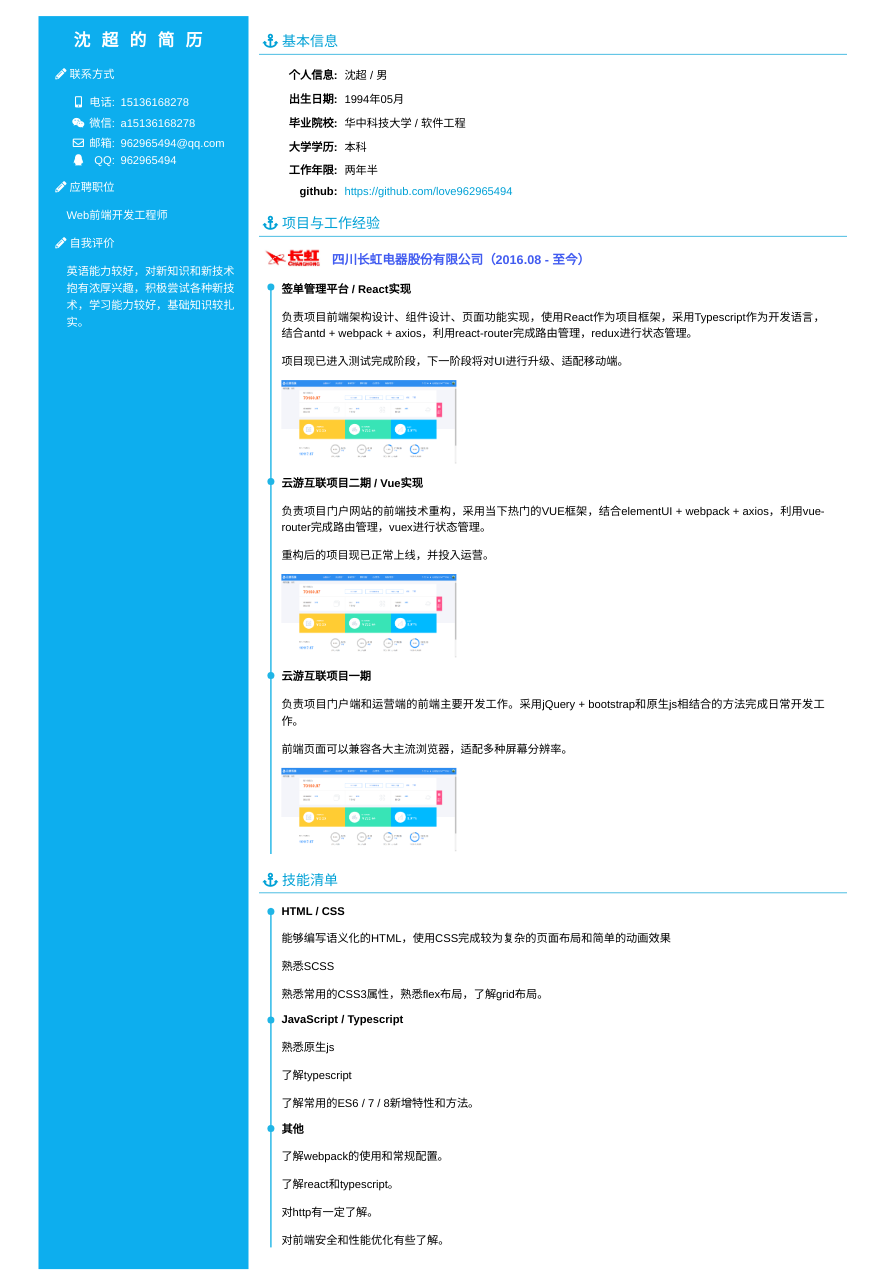
Repository: love962965494/my-resume
Page: index.html
These files come from the project's save history. The page is drawn as it stood at one moment and after the next save; the edit follows.
The browser window is 1280 px wide. The pictures show the whole page, at 70% of full size.
Some web libraries are served in a nearby version. The style sheet was rebuilt from its Sass, Less or Tailwind sources for each picture, by a compiler version that may differ from the author's.

Above is the page before, as saved 2018-09-02 19:08:19.

### index.html
<!DOCTYPE html>
<html lang="en">

<head>
  <meta charset="UTF-8">
  <meta name="viewport" content="width=device-width, initial-scale=1.0">
  <meta http-equiv="X-UA-Compatible" content="ie=edge">
  <title>沈超的简历</title>
  <link rel="stylesheet" href="https://use.fontawesome.com/releases/v5.0.10/css/all.css" integrity="sha384-+d0P83n9kaQMCwj8F4RJB66tzIwOKmrdb46+porD/OvrJ+37WqIM7UoBtwHO6Nlg"
    crossorigin="anonymous">
  <link rel="stylesheet" href="./styles/myResume.css">
</head>

<body>
  <div id="container" class="container">
    <!-- 左边栏 -->
    <aside class="content__left">
      <!-- 头像区域 -->
      <div class="content__left--title">
        <h1>沈超的简历</h1>
      </div>

      <!-- 联系方式区域 -->
      <div class="content__left--contact">
        <div class="title">
          <i class="fas fa-pencil-alt"></i>
          <span>联系方式</span>
        </div>
        <ul class="list">
          <li>
            <span>
              <i class="fas fa-mobile-alt"></i>
            </span>
            <span>电话:</span>
            <span>15136168278</span>
          </li>
          <li>
            <span>
              <i class="fab fa-weixin"></i>
            </span>
            <span>微信:</span>
            <span>a15136168278</span>
          </li>
          <li>
            <span>
              <i class="far fa-envelope"></i>
            </span>
            <span>邮箱:</span>
            <span>962965494@qq.com</span>
          </li>
          <li>
            <span>
              <i class="fab fa-qq"></i>
            </span>
            <span>QQ:</span>
            <span>962965494</span>
          </li>
        </ul>
      </div>

      <!-- 应聘职位区域 -->
      <div class="content__left--application">
        <span class="title">
          <i class="fas fa-pencil-alt"></i>
          <span>应聘职位</span>
        </span>
        <p class="job">Web前端开发工程师</p>
      </div>

      <!-- 个人评价区域 -->
      <div class="content__left--evaluation">
        <span class="title">
          <i class="fas fa-pencil-alt"></i>
          <span>自我评价</span>
        </span>
        <p class="evaluate">英语能力较好，对新知识和新技术抱有浓厚兴趣，积极尝试各种新技术，学习能力较好，基础知识较扎实。</p>
      </div>
    </aside>

    <!-- 右边栏 -->
    <div class="content__right">
      <!-- 基本信息 -->
      <div class="content__right--basic">
        <div class="header">
          <i class="fas fa-anchor"></i>
          <span>基本信息</span>
        </div>
        <ul class="list">
          <li>
            <span>个人信息:</span>
            <span>沈超 / 男</span>
          </li>
          <li>
            <span>出生日期:</span>
            <span>1994年05月</span>
          </li>
          <li>
            <span>毕业院校:</span>
            <span>华中科技大学 / 软件工程</span>
          </li>
          <li>
            <span>大学学历:</span>
            <span>本科</span>
          </li>
          <li>
            <span>工作年限:</span>
            <span>两年半</span>
          </li>
          <li>
            <span>github:</span>
            <span><a href="https://github.com/love962965494" target="_blank">https://github.com/love962965494</a></span>
          </li>
        </ul>
      </div>

      <!-- 项目经验 -->
      <div class="content__right--experience">
        <div class="header">
          <i class="fas fa-anchor"></i>
          <span>项目与工作经验</span>
        </div>
        <ul class="list">
          <li>
            <div class="company">
              <img src="./image/changhong.jpg" alt="长虹Logo">
              <span>四川长虹电器股份有限公司（2016.08 - 至今）</span>
            </div>
            <ul class="work-experience-list">
              <li class="work__item">
                <div class="work__item--name">签单管理平台 / React实现</div>
                <div class="work__item--info">
                  <p>负责项目前端架构设计、组件设计、页面功能实现，使用React作为项目框架，采用Typescript作为开发语言，结合antd + webpack + axios，利用react-router完成路由管理，redux进行状态管理。</p>
                  <p>项目现已进入测试完成阶段，下一阶段将对UI进行升级、适配移动端。</p>
                </div>
                <div class="work__item--picture">
                  <img src="./image/new1.png" alt="签单管理平台实现效果图">
                </div>
              </li>
              <li class="work__item">
                <div class="work__item--name">云游互联项目二期 / Vue实现</div>
                <div class="work__item--info">
                  <p>负责项目门户网站的前端技术重构，采用当下热门的VUE框架，结合elementUI + webpack + axios，利用vue-router完成路由管理，vuex进行状态管理。</p>
                  <p>重构后的项目现已正常上线，并投入运营。</p>
                </div>
                <div class="work__item--picture">
                  <img src="./image/new1.png" alt="签单管理平台实现效果图">
                </div>
              </li>
              <li class="work__item">
                <div class="work__item--name">云游互联项目一期</div>
                <div class="work__item--info">
                  <p>负责项目门户端和运营端的前端主要开发工作。采用jQuery + bootstrap和原生js相结合的方法完成日常开发工作。</p>
                  <p>前端页面可以兼容各大主流浏览器，适配多种屏幕分辨率。</p>
                </div>
                <div class="work__item--picture">
                  <img src="./image/new1.png" alt="签单管理平台实现效果图">
                </div>
              </li>
            </ul>
          </li>
        </ul>
      </div>

      <!-- 技能清单 -->
      <div class="content__right--skill">
        <div class="header">
          <i class="fas fa-anchor"></i>
          <span>技能清单</span>
        </div>
        <ul class="list">
          <li class="list__item">
            <div class="list__item--name">HTML / CSS</div>
            <div class="list__item--info">
              <p>能够编写语义化的HTML，使用CSS完成较为复杂的页面布局和简单的动画效果</p>
              <p>熟悉SCSS</p>
              <p>熟悉常用的CSS3属性，熟悉flex布局，了解grid布局。</p>
            </div>
          </li>
          <li class="list__item">
            <div class="list__item--name">JavaScript / Typescript</div>
            <div class="list__item--info">
              <p>熟悉原生js</p>
              <p>了解typescript</p>
              <p>了解常用的ES6 / 7 / 8新增特性和方法。</p>

            </div>
          </li>
          <li class="list__item">
            <div class="list__item--name">其他</div>
            <div class="list__item--info">
              <p>了解webpack的使用和常规配置。</p>
              <p>了解react和typescript。</p>
              <p>对http有一定了解。</p>
              <p>对前端安全和性能优化有些了解。</p>
            </div>
          </li>
        </ul>
      </div>
    </div>
  </div>
</body>

</html>

### styles/myResume.scss
@mixin text-center {
  text-align: center;
}

@mixin row {
  grid-column: 1 / span 12;
}

@media (min-width: 992px) {
  .container {
    width: 970px;
  }
}

@media (min-width: 1200px) {
  .container {
    width: 1170px;
  }
}

html {
  font-size: 16px;
}

a,
a:hover,
a:visited {
  color: #00A1D6;
  text-decoration: none;
}

ul {
  list-style: none;
}

.container {
  display: grid;
  grid-template-columns: minmax(200px, 300px) 1fr;
  padding: 15px;
  margin: auto;
  font-family: "Helvetica Neue", Helvetica, "PingFang SC", "Hiragino Sans GB", "Microsoft YaHei", "微软雅黑", Arial, sans-serif;
}

/* ----------------------------- 左边栏 ----------------------------- */

.content__left {
  display: grid;
  grid-template-columns: repeat(12, 1fr);
  grid-template-rows: repeat(4, min-content);
  background-color: #0daeee;
  color: #fff;
  &--title {
    @include row;
    @include text-center;
    margin: 15px 0 20px;
    &>h1 {
      margin: 0;
      white-space: nowrap;
      letter-spacing: 1rem;
    }
  }
  @mixin title {
    padding-left: 1.5rem;
  }
  &--contact {
    @include row();
    &>.title {
      @include title;
    }
    &>.list {
      &>li {
        display: grid;
        grid-template-columns: 1.5rem 3rem 1fr;
        align-items: baseline;
        margin: 5px;
        &>span:nth-of-type(1) {
          text-align: center;
        }
        &>span:nth-of-type(2) {
          text-align: right;
          padding-right: .5rem;
        }
      }
    }
  }
  &--application {
    @include row();
    &>.title {
      @include title;
    }
    &>.job {
      padding-left: 40px;
    }
  }
  &--evaluation {
    @include row();
    &>.title {
      @include title;
    }
    &>.evaluate {
      padding-left: 40px;
      padding-right: 1rem;
    }
  }
}

/* ----------------------------- 右边栏 ----------------------------- */

.content__right {
  padding: 15px;
  @mixin header {
    padding: 5px;
    border-bottom: 1px solid currentColor;
    color: #00A1D6;
    font-size: 20px;
  }
  &--basic {
    &>.header {
      @include header;
    }
    &>.list {
      padding: 0;
      &>li {
        margin: 10px 2rem;
        display: grid;
        grid-template-columns: 5rem 1fr;
        grid-column-gap: 10px;
        &>span:nth-of-type(1) {
          font-weight: 600;
          text-align: right;
          white-space: nowrap;
        }
      }
    }
  }
  &--experience {
    &>.header {
      @include header;
    }
    &>.list {
      padding: 0;
      &>li {
        margin: 10px 2rem;
        &>.company {
          display: flex;
          margin-bottom: 15px;
          align-items: center;
          img {
            width: 80px;
            margin-right: 1rem;
            margin-left: -1.5rem;
          }
          span {
            color: #425cf0;
            font-weight: 600;
            font-size: 18px;
            white-space: nowrap;
          }
        }
        &>.work-experience-list {
          padding: 0;
          position: relative;
          &::before {
            content: '';
            position: absolute;
            height: calc(100% - 10px);
            margin-left: -1rem;
            margin-top: 10px;
            border-left: 2px solid #1fb5e6;
          }
          .work__item {
            margin: 10px 0;
            &--name {
              font-weight: 600;
              &::before {
                content: '';
                position: absolute;
                width: 10px;
                height: 10px;
                margin-left: calc(-4px - 1rem);
                margin-top: .4rem;
                border-radius: 50%;
                background: #1fb5e6;
              }
            }
            &--info {
              &>p {
                text-align: justify;
              }
            }
            &--picture {
              img {
                width: 250px;
              }
            }
          }
        }
      }
    }
  }
  &--skill {
    &>.header {
      @include header;
    }

    & > .list {
      padding: 0 2rem;
      position: relative;
      &::before {
        content: '';
        position: absolute;
        height: calc(100% - 5px);
        margin-left: -1rem;
        margin-top: 5px;
        border-left: 2px solid #1fb5e6;
      }

      .list__item {
        margin: 10px 0;
        &--name {
          font-weight: 600;
          line-height: 1.2rem;
          &::before {
            content: '';
            position: absolute;
            width: 10px;
            height: 10px;
            margin-left: calc(-4px - 1rem);
            margin-top: .3rem;
            border-radius: 50%;
            background: #1fb5e6;
          }
        }
      }
    }
  }
}

After the next save:
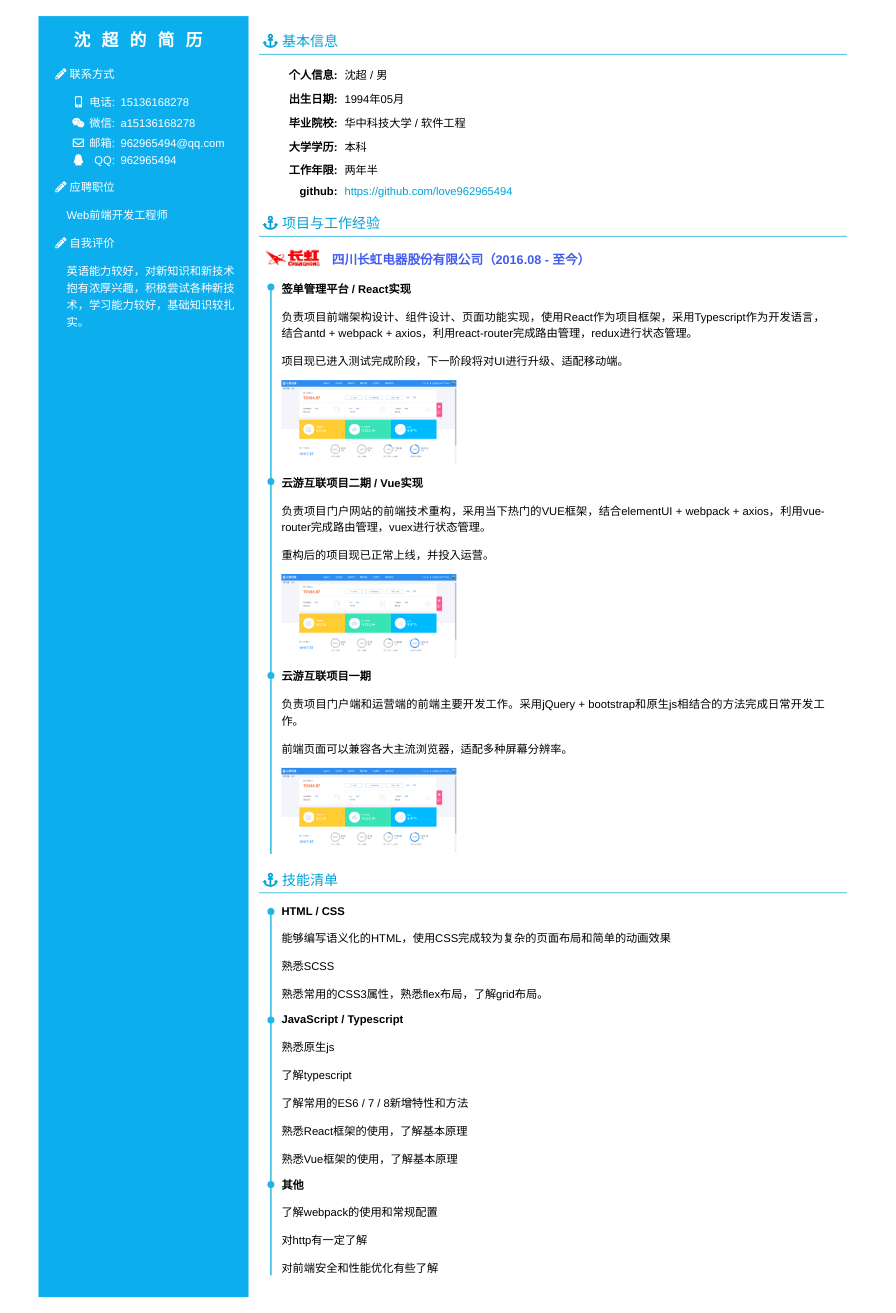
Saved 2 min 25 s later.
--- a/index.html
+++ b/index.html
@@ -181,17 +181,17 @@
             <div class="list__item--info">
               <p>熟悉原生js</p>
               <p>了解typescript</p>
-              <p>了解常用的ES6 / 7 / 8新增特性和方法。</p>
-
+              <p>了解常用的ES6 / 7 / 8新增特性和方法</p>
+              <p>熟悉React框架的使用，了解基本原理</p>
+              <p>熟悉Vue框架的使用，了解基本原理</p>
             </div>
           </li>
           <li class="list__item">
             <div class="list__item--name">其他</div>
             <div class="list__item--info">
-              <p>了解webpack的使用和常规配置。</p>
-              <p>了解react和typescript。</p>
-              <p>对http有一定了解。</p>
-              <p>对前端安全和性能优化有些了解。</p>
+              <p>了解webpack的使用和常规配置</p>
+              <p>对http有一定了解</p>
+              <p>对前端安全和性能优化有些了解</p>
             </div>
           </li>
         </ul>
